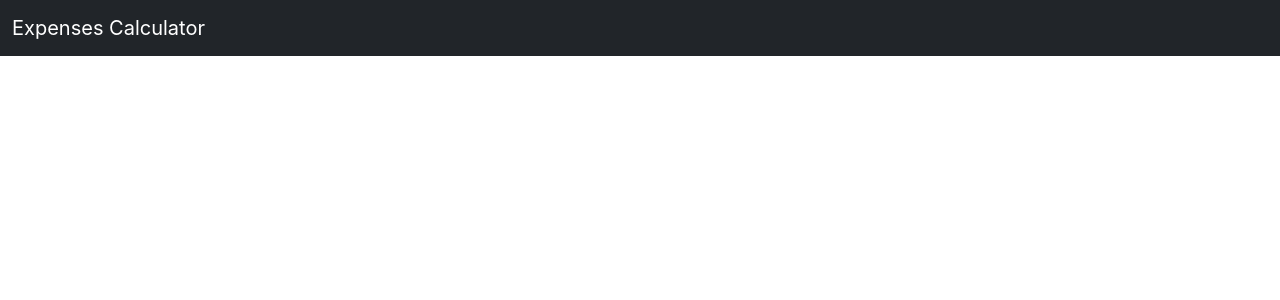
Repository: eidankhan/expenses-calculator
Page: /
An editor plug-in stored every save of this project. The page is shown before and after the next save, followed by the edit.
The browser window is 1280 px wide. The pictures show the whole page.
The project was rebuilt for these pictures with package versions that can differ from the ones it lists, and the page was loaded fresh each time.

Above is the page before, as saved 2021-11-29 15:12:16.

### public/index.html
<!DOCTYPE html>
<html lang="en">
  <head>
    <meta charset="utf-8" />
    <link rel="icon" href="%PUBLIC_URL%/favicon.ico" />
    <meta name="viewport" content="width=device-width, initial-scale=1" />
    <meta name="theme-color" content="#000000" />
    <meta
      name="description"
      content="Web site created using create-react-app"
    />
    <link rel="apple-touch-icon" href="%PUBLIC_URL%/logo192.png" />
    <link rel="manifest" href="%PUBLIC_URL%/manifest.json" />
    <!-- CSS only -->
    <link
      href="https://cdn.jsdelivr.net/npm/bootstrap@5.1.3/dist/css/bootstrap.min.css"
      rel="stylesheet"
      integrity="sha384-1BmE4kWBq78iYhFldvKuhfTAU6auU8tT94WrHftjDbrCEXSU1oBoqyl2QvZ6jIW3"
      crossorigin="anonymous"
    />
    <title>Shopping Cart App</title>
  </head>
  <body>
    <noscript>You need to enable JavaScript to run this app.</noscript>
    <div id="root"></div>
    <!-- JavaScript Bundle with Popper -->
    <script
      src="https://cdn.jsdelivr.net/npm/bootstrap@5.1.3/dist/js/bootstrap.bundle.min.js"
      integrity="sha384-ka7Sk0Gln4gmtz2MlQnikT1wXgYsOg+OMhuP+IlRH9sENBO0LRn5q+8nbTov4+1p"
      crossorigin="anonymous"
    ></script>
  </body>
</html>

### src/App.js
// import {
//   BrowserRouter as Router,
//   Routes,
//   Route,
// } from "react-router-dom";

import { Navbar } from "./components/Navbar";


function App() {
  return (
   <Navbar/>
  );
}

export default App;

### src/components/Navbar.js
import React from "react";

export const Navbar = () => {
  return (
    <nav className="navbar navbar-dark bg-dark">
      <div className="container-fluid">
        <a className="navbar-brand" href="/"> Expenses Calculator</a>

        {/* <form className="d-flex">
          <input
            className="form-control me-2"
            type="search"
            placeholder="Search"
            aria-label="Search"
          />
          <button className="btn btn-outline-success" type="submit">
            Search
          </button>
        </form> */}

      </div>
    </nav>
  );
};

Loaded but not shown: src/index.js (common file); src/index.css (common file)

After the next save:
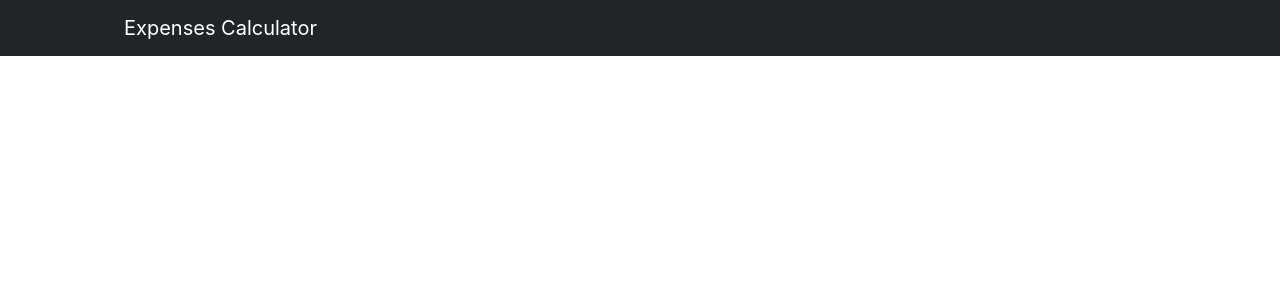
Saved 18 s later.
--- a/src/components/Navbar.js
+++ b/src/components/Navbar.js
@@ -4,7 +4,7 @@
   return (
     <nav className="navbar navbar-dark bg-dark">
       <div className="container-fluid">
-        <a className="navbar-brand" href="/"> Expenses Calculator</a>
+        <a className="navbar-brand container" href="/"> Expenses Calculator</a>
 
         {/* <form className="d-flex">
           <input

After the save that followed:
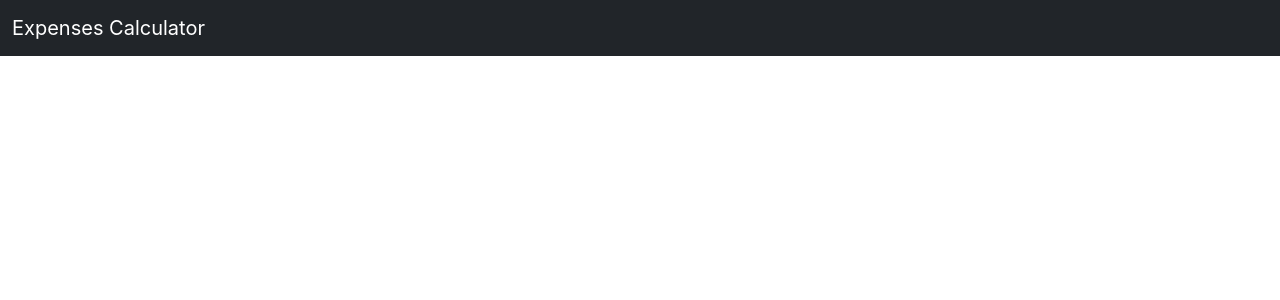
Saved 23 s later.
--- a/src/components/Navbar.js
+++ b/src/components/Navbar.js
@@ -4,7 +4,7 @@
   return (
     <nav className="navbar navbar-dark bg-dark">
       <div className="container-fluid">
-        <a className="navbar-brand container" href="/"> Expenses Calculator</a>
+        <a className="navbar-brand" href="/"> Expenses Calculator</a>
 
         {/* <form className="d-flex">
           <input
